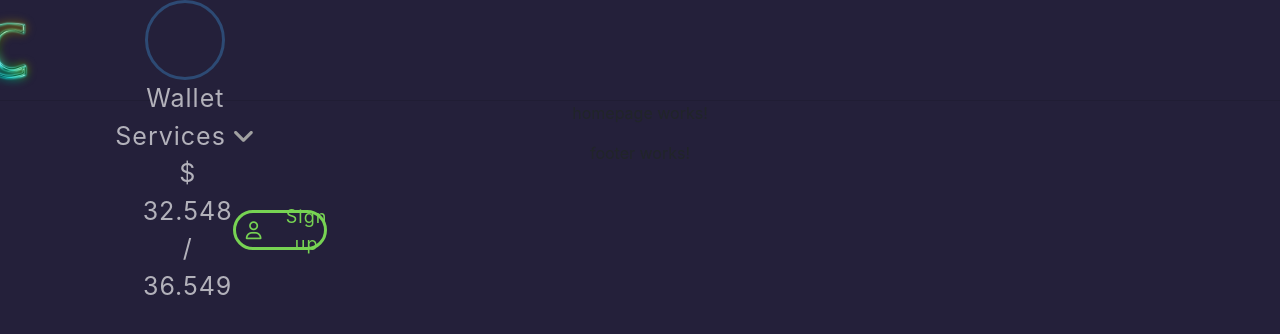
Repository: YuriyBen/Corzbank
Page: / (app in Corzbank.Web/ClientApp/)
These files come from the project's save history. The page is drawn as it stood at one moment and after the next save; the edit follows.
The browser window is 1280 px wide. The pictures show the whole page.
Some web libraries are served in a nearby version. The project was rebuilt for these pictures with package versions that can differ from the ones it lists, and the page was loaded fresh each time. Also part of the build but not shown: Corzbank.Web/ClientApp/angular.json.

Above is the page before, as saved 2022-05-19 21:00:45.

### Corzbank.Web/ClientApp/src/index.html
<!DOCTYPE html>
<html lang="en">
  <head>
    <meta charset="utf-8" />
    <title>Corzbank.Web</title>
    <base href="/" />

    <meta name="viewport" content="width=device-width, initial-scale=1" />
    <link rel="icon" type="image/x-icon" href="favicon.ico" />

    <script src="https://kit.fontawesome.com/61ebb60581.js" crossorigin="anonymous"></script>
  </head>
  <body>
    <app-root>Loading...</app-root>
  </body>
</html>

### Corzbank.Web/ClientApp/src/styles.css
/* You can add global styles to this file, and also import other style files */

/* Provide sufficient contrast against white background */
a {
  color: #0366d6;
}

code {
  color: #e01a76;
}

.btn-primary {
  color: #fff;
  background-color: #1b6ec2;
  border-color: #1861ac;
}
body{
  display: block;
  text-align: -webkit-center;
  background-color: #24203A;
}
.main{
 /* background-color: red; */
  padding: 0;
  width: 85%;
}

### Corzbank.Web/ClientApp/src/app/app.module.ts
import { BrowserModule } from '@angular/platform-browser';
import { NgModule } from '@angular/core';
import { FormsModule } from '@angular/forms';
import { HttpClientModule, HTTP_INTERCEPTORS } from '@angular/common/http';
import { RouterModule } from '@angular/router';

import { AppComponent } from './app.component';
import { HomepageComponent } from './homepage/homepage.component';
import { HeaderComponent } from './header/header.component';
import { FooterComponent } from './footer/footer.component';

@NgModule({
  declarations: [
    AppComponent,
    HomepageComponent,
    HeaderComponent,
    FooterComponent
  ],
  imports: [
    BrowserModule.withServerTransition({ appId: 'ng-cli-universal' }),
    HttpClientModule,
    FormsModule,
    RouterModule.forRoot([
      { path: '', component: HomepageComponent, pathMatch: 'full' },
    ])
  ],
  providers: [],
  bootstrap: [AppComponent]
})
export class AppModule { }

### Corzbank.Web/ClientApp/src/app/app.component.html
<body>
  <app-header></app-header>
  <div class="container">
    <router-outlet></router-outlet>
  </div>
  <app-footer></app-footer>
</body>

### Corzbank.Web/ClientApp/src/app/homepage/homepage.component.html
<p>homepage works!</p>

### Corzbank.Web/ClientApp/src/app/header/header.component.html
<div class="navbar">
    <div class="navbar-block">
        <div class="left-block">
            <div class="circle">

            </div>
            <div class="logo">
                <img src="assets/photos/logo.png" alt="logo">
            </div>
            <span>Wallet</span>
            <div class="services">
                <span>Services</span>
                <i class="fa fa-angle-down"></i>
            </div>
        </div>
        <div class="right-block">
            <div class="exchange">
                <span>$ 32.548 / 36.549</span>
            </div>
            <div class="account">
                <i class="far fa-user"></i>
                <p>Sign up</p>
            </div>
        </div>
    </div>
</div>
<hr>

### Corzbank.Web/ClientApp/src/app/header/header.component.scss
*{
    padding: 0;
    margin: 0;
    box-sizing: border-box;
}
.navbar{
    // background-color: green;
    height: 100px;
    display: flex;
    justify-content: space-between;
    align-items: center;
    font-size: 25px;
    letter-spacing: 1px;
}
.navb
.left-block , .right-block{
    display: flex;
    justify-content: space-between;
    width: 23%;
    align-items: baseline;
    align-items: center;
}
.navbar span{
    color: white;
    opacity: 65%;
}
.left-block .circle{
    background: transparent;
    border-radius: 50px;
    border: 3px solid #2D4A74;
    height: 80px;
    width: 80px;
    position: relative;
}
.left-block img{
    width: 100px;
    position: absolute;
    right: 95.7%;
    top: 0%;
}
.left-block .services{
    display: flex;
    width: 140px;
    justify-content: space-between;
    align-items: center;
}
.right-block .account{
    display: -webkit-inline-box;
    width: 140px;
    height: 40px;
    -webkit-box-align: center;
    border-radius: 32px;
    background: transparent;
    border: 3px solid #77D353;
    padding: 0 10px;
    -webkit-box-pack: center;
    font-size: 18px;

}
.account p, .far{
    color: #77D353;
}
.services i{
    color: #a1a1a1;
}
.account .far{
    margin-right: 10px;
}

Loaded but not shown: Corzbank.Web/ClientApp/src/main.ts (common file); Corzbank.Web/ClientApp/src/environments/environment.ts (common file); Corzbank.Web/ClientApp/src/app/app.component.ts (common file); Corzbank.Web/ClientApp/src/app/homepage/homepage.component.ts (common file); Corzbank.Web/ClientApp/src/app/header/header.component.ts (common file); Corzbank.Web/ClientApp/src/app/footer/footer.component.ts (common file); Corzbank.Web/ClientApp/src/app/footer/footer.component.html (common file); Corzbank.Web/ClientApp/src/app/footer/footer.component.scss (no stored copy; drawn as an empty file); Corzbank.Web/ClientApp/src/app/homepage/homepage.component.scss (no stored copy; drawn as an empty file)

After the next save:
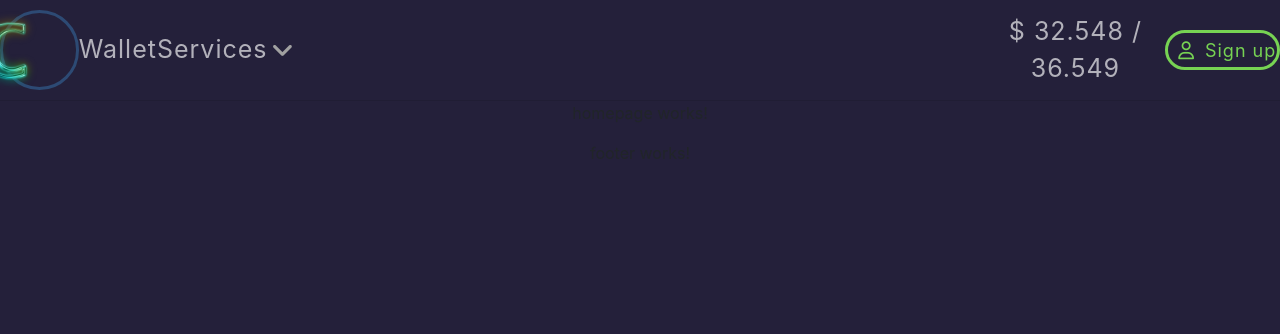
Saved 5 s later.
--- a/Corzbank.Web/ClientApp/src/app/header/header.component.scss
+++ b/Corzbank.Web/ClientApp/src/app/header/header.component.scss
@@ -12,7 +12,10 @@
     font-size: 25px;
     letter-spacing: 1px;
 }
-.navb
+.navbar-block{
+    display: contents;
+    width: 80%;
+}
 .left-block , .right-block{
     display: flex;
     justify-content: space-between;
